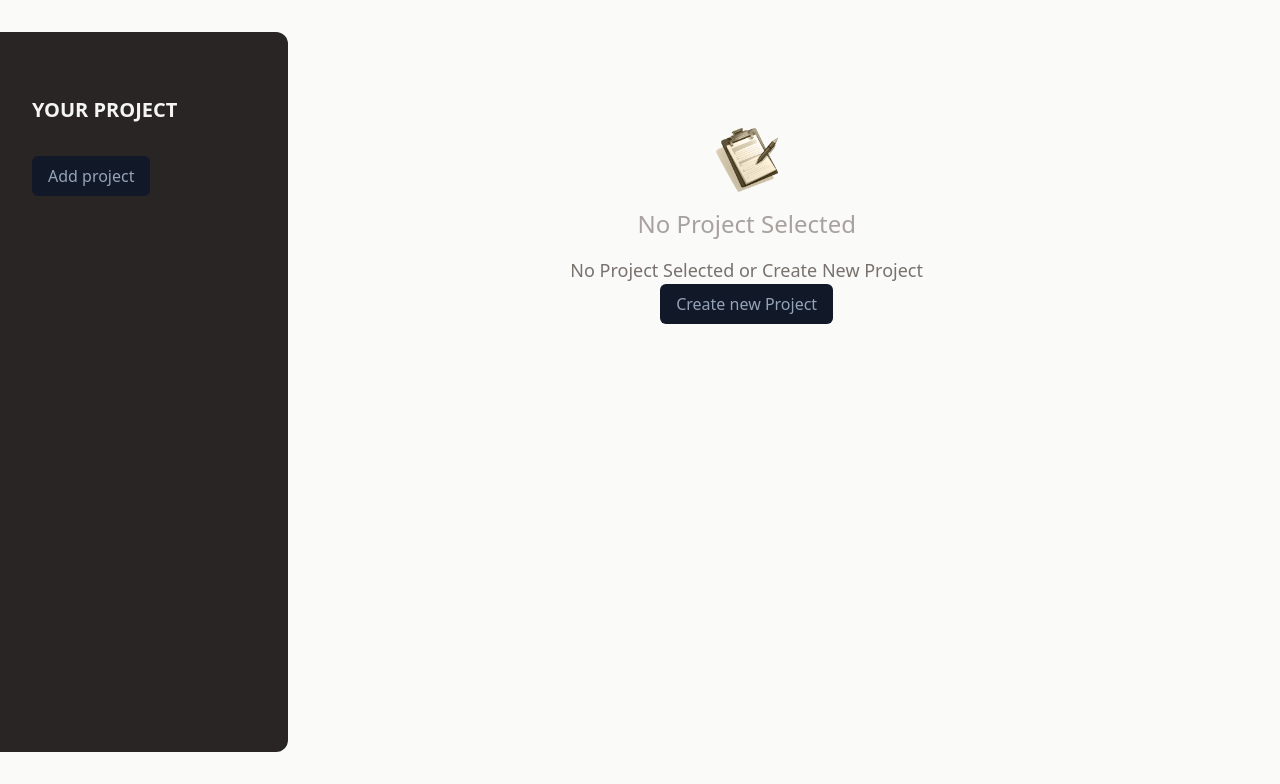
Repository: sibi24sibi/todo-list-using-reactjs
Page: /
The author's editor kept a copy of each file at every save. The page is drawn from the files as they stood at one save, then again after the next save.
The browser window is 1280 px wide. The pictures show the whole page.
The project was rebuilt for these pictures with package versions that can differ from the ones it lists, and the page was loaded fresh each time. Also part of the build but not shown: vite.config.js, src/Components/Input.jsx, src/Components/NewProjects.jsx.

Above is the page before, as saved 2024-06-24 15:06:28.

After the next save:
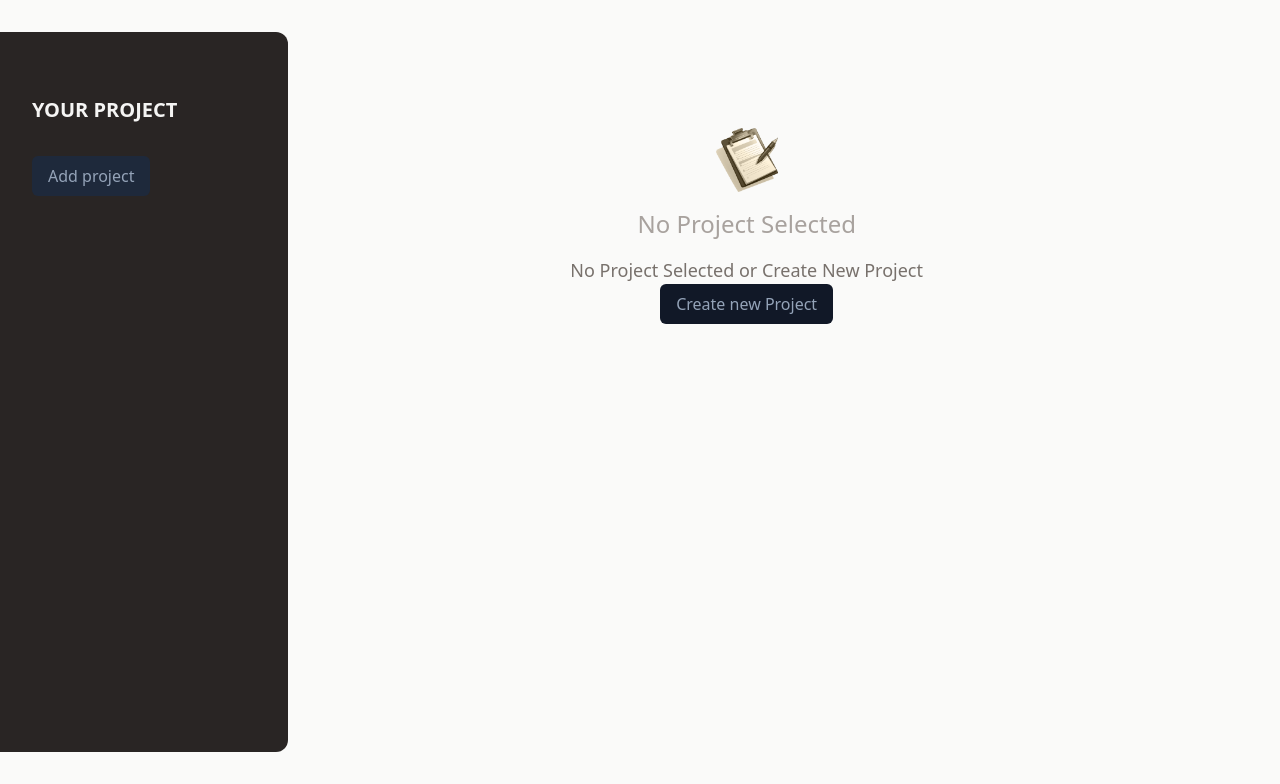
Saved 9 s later.
--- a/src/Components/Button.jsx
+++ b/src/Components/Button.jsx
@@ -1,6 +1,9 @@
 export default function Button({ children, ...props }) {
   return (
-    <button className="px-4 py-2 text-slate-400 hover:text-gray-950 md:text-base rounded-md  bg-gray-900 hover:bg-slate-400 {...props}">
+    <button
+      className="px-4 py-2 text-slate-400 hover:text-gray-950 md:text-base rounded-md  bg-gray-900 hover:bg-slate-400 "
+      {...props}
+    >
       {children}
     </button>
   );
